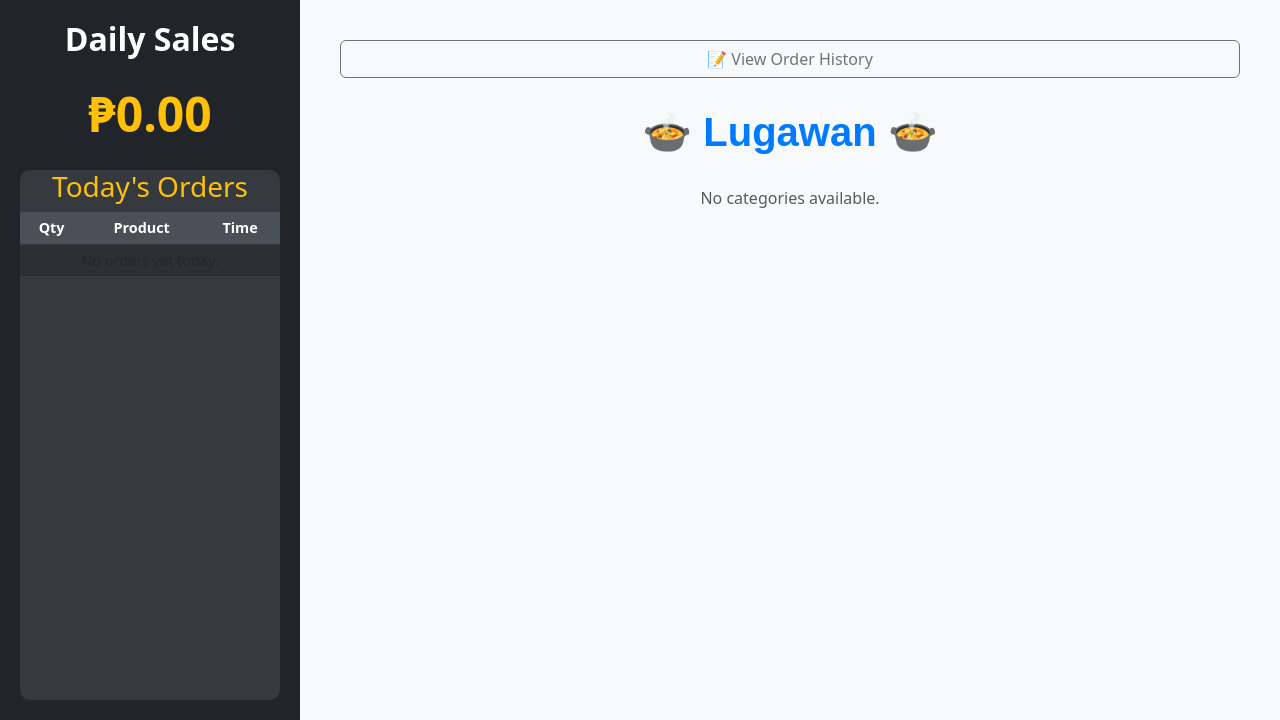
Repository: Jijiluzana225/lugawan_pitlane
Page: http://localhost/
An editor plug-in stored every save of this project. The page is shown before and after the next save, followed by the edit.
The browser window is 1280 px wide. The pictures show the whole page.
The page is served by the project's application, run on Django 5.2 (manage.py). Other server files are loaded and not shown. Queries for data that is not in the repository find no rows.

Above is the page before, as saved 2025-03-07 08:37:58.

### pos/templates/pos/catalog.html
{% extends 'pos/base.html' %}

{% block title %}Product Catalog - Lugaw Cafe{% endblock %}

{% block content %}
<div class="container mt-4">




    {% for category in categories %}
        <div class="category-section mb-4">
            <h2 class="text-secondary border-bottom pb-2">{{ category.name }}</h2>

            <div class="row g-4">
                {% for product in category.product_set.all %}
                    <div class="col-md-4 col-lg-3">
                        <div class="card h-100 shadow-sm">
                            <div class="card-body text-center">
                                <h3 class="card-title text-dark fw-bold">{{ product.name }}</h3>
                                <p class="card-text text-success fs-5">₱{{ product.price }}</p>

                                <!-- Running total ordered today -->
                                {% with total_ordered=product.total_ordered_today %}
                                    <p style="font-color:Blue">Ordered today: <strong>{{ total_ordered|default:0 }}</strong></p>
                                {% endwith %}

                                {% if product.available %}
                                <form action="{% url 'add_to_order' %}" method="post" class="d-flex flex-column align-items-center" onsubmit="disableButton(this);">
                                    {% csrf_token %}
                                    <div class="input-group mb-2" style="width: 150px;">
                                        <input type="hidden" name="product_id" value="{{ product.id }}">
                                        <input type="number" name="quantity" id="qty_{{ product.id }}" value="1" min="1" class="form-control text-center" required>
                                        <span class="input-group-text">🛒</span>
                                    </div>
                                    <button type="submit" class="btn btn-success btn-sm w-100">
                                        Add to Order
                                    </button>
                                </form>
                                {% else %}
                                    <p class="text-danger fw-bold">🚫 Out of Stock</p>
                                {% endif %}
                            </div>
                        </div>
                    </div>
                {% empty %}
                    <p class="text-muted">No products available in this category.</p>
                {% endfor %}
            </div>
        </div>
    {% empty %}
        <p class="text-muted text-center">No categories available.</p>
    {% endfor %}
</div>

<script>
    function disableButton(form) {
        const button = form.querySelector('button[type="submit"]');
        button.disabled = true;
        button.innerText = 'Adding...'; // Optional: Change text while processing
    }
</script>


{% endblock %}

### pos/templates/pos/base.html
<!DOCTYPE html>
<html lang="en">
<head>
    <meta charset="UTF-8">
    <meta name="viewport" content="width=device-width, initial-scale=1.0">
    <title>{% block title %}Lugaw Cafe POS{% endblock %}</title>

    <!-- Bootstrap CSS -->
    <link href="https://cdnjs.cloudflare.com/ajax/libs/bootstrap/5.3.0/css/bootstrap.min.css" rel="stylesheet">

    <style>
        /* General Styles */
        body {
            display: flex;
            min-height: 100vh;
            background-color: #f8f9fa;
            flex-direction: column;
        }

        /* Sidebar Styles */
        .sidebar {
            width: 100%;
            max-width: 320px;
            background: #212529;
            color: #fff;
            padding: 20px;
            display: flex;
            flex-direction: column;
        }

        .sidebar h2 {
            font-size: 2rem;
            text-align: center;
            margin-bottom: 20px;
            font-weight: bold;
        }

        .total-orders {
            font-size: 3rem;
            font-weight: bold;
            color: #ffc107;
            text-align: center;
        }

        /* Orders Table Styles */
        .orders-table {
            margin-top: 20px;
            background: #343a40;
            border-radius: 10px;
            padding: 0;
            overflow: hidden;
            display: flex;
            flex-direction: column;
            flex-grow: 1;
        }

        .scrollable-table {
            overflow-y: auto;
            flex-grow: 1;
            max-height: calc(100vh - 300px); /* Leaves room for header & total */
            margin-bottom: 20px;
        }

        .scrollable-table table {
            width: 100%;
            font-size: 0.9rem;
        }

        .scrollable-table th,
        .scrollable-table td {
            text-align: center;
            padding: 5px;
        }

        .scrollable-table thead th {
            position: sticky;
            top: 0;
            background: #495057;
            z-index: 1;
        }

        /* Main Content Styles */
        .main-content {
            flex: 1;
            padding: 20px;
        }

        nav a {
            margin-right: 15px;
            text-decoration: none;
            color: #212529;
            font-weight: bold;
        }

        .header-link {
            font-size: 2.5rem;
            font-family: 'Arial', sans-serif;
            color: #007bff;
            text-decoration: none;
            text-align: center;
            display: block;
            font-weight: bold;
        }

        /* Catalog & Product Styles */
        .catalog {
            display: flex;
            flex-wrap: wrap;
            gap: 20px;
            justify-content: center;
        }

        .product {
            border: 1px solid #ccc;
            padding: 15px;
            width: 200px;
            text-align: center;
            background-color: #ffffff;
            border-radius: 12px;
            box-shadow: 0 4px 12px rgba(0, 0, 0, 0.1);
            transition: transform 0.2s ease-in-out, box-shadow 0.2s ease-in-out;
        }

        .product:hover {
            transform: scale(1.05);
            box-shadow: 0 8px 16px rgba(0, 0, 0, 0.15);
        }

        .product h3 {
            margin: 0;
            font-size: 1.2rem;
            color: #212529;
        }

        .product p {
            margin: 5px 0;
        }

        .btn-add {
            background-color: #28a745;
            color: white;
            border: none;
            padding: 8px 12px;
            border-radius: 8px;
            transition: background-color 0.2s ease-in-out;
        }

        .btn-add:hover {
            background-color: #218838;
        }

        /* Responsive Design for Tablet Screens */
        @media (min-width: 768px) {
            body {
                flex-direction: row;
            }

            .sidebar {
                width: 300px;
            }

            .main-content {
                padding: 40px;
            }
        }
    </style>
</head>
<body>

    <!-- Sidebar with total orders and order table -->
    <div class="sidebar">
        <h2>Daily Sales</h2>
        <div class="total-orders">
            ₱{{ total_sales|default:"0.00" }}
        </div>

        <div class="orders-table">
            <h3 class="text-center text-warning">Today's Orders</h3>

            <div class="scrollable-table">
                <table class="table table-dark table-striped">
                    <thead>
                        <tr>
                            <th>Qty</th>
                            <th>Product</th>
                            <th>Time</th>
                        </tr>
                    </thead>
                    <tbody>
                        {% for order in todays_orders %}
                            <tr>
                                <td>{{ order.quantity }}</td>
                                <td>{{ order.product.name }}</td>
                                <td>{{ order.datetimestamp|time:"h:i A" }}</td>
                            </tr>
                        {% empty %}
                            <tr>
                                <td colspan="3" class="text-center text-muted">No orders yet today.</td>
                            </tr>
                        {% endfor %}
                    </tbody>
                </table>
            </div>
        </div>
    </div>

    <!-- Main Content Area -->
    <div class="main-content">
        <nav>
            <a href="{% url 'order_history' %}" class="btn btn-outline-secondary w-100 mb-4">📝 View Order History</a>
        </nav>

        <a href="{% url 'catalog' %}" class="header-link">🍲 Lugawan 🍲</a>

        {% block content %}{% endblock %}
    </div>

</body>
</html>

### pos/views.py

from django.shortcuts import render
from django.db.models import Sum, F
from django.utils.timezone import activate, localtime, now
from datetime import date
from .models import Product, OrderItem, Category

def catalog(request):
    # Set timezone to Philippines
    activate('Asia/Manila')

    # Get today's date in local timezone
    local_now = localtime(now())
    local_today = local_now.date()

    # Calculate total sales for the day from OrderItem model
    total_sales = OrderItem.objects.filter(
        datetimestamp__date=local_today
    ).annotate(
        total_price=F('product__price') * F('quantity')  # Calculate total price per item
    ).aggregate(
        total=Sum('total_price')
    )['total'] or 0

    # Fetch categories
    categories = Category.objects.prefetch_related('product_set').all()

    # Fetch today's orders, ensuring timestamps are converted to local time
    todays_orders = OrderItem.objects.filter(
        datetimestamp__date=local_today
    ).select_related('product').order_by('-datetimestamp')

    return render(request, 'pos/catalog.html', {
        'categories': categories,
        'total_sales': total_sales,
        'todays_orders': todays_orders
    })

from django.shortcuts import redirect, get_object_or_404
from django.utils.timezone import now
from .models import Product, OrderItem

def add_to_order(request):
    if request.method == 'POST':
        product_id = request.POST.get('product_id')
        quantity = int(request.POST.get('quantity', 1))  # Get quantity, default to 1 if missing
        product = get_object_or_404(Product, id=product_id)

        # Always create a new OrderItem record with the provided quantity
        OrderItem.objects.create(
            product=product,
            quantity=quantity,
            datetimestamp=now()
        )

    return redirect('catalog')


from django.shortcuts import render
from django.db.models import Sum, F
from django.utils.timezone import now
from datetime import date
from .models import Product, OrderItem

def menu(request):
    categories = Product.objects.select_related('category').all()

    # Calculate total sales for the day from OrderItem model
    today = date.today()
    total_sales = OrderItem.objects.filter(
        datetimestamp__date=today
    ).annotate(
        total_price=F('product__price') * F('quantity')  # Calculate total price per item
    ).aggregate(
        total=Sum('total_price')
    )['total'] or 0

    return render(request, 'pos/catalog.html', {
        'categories': categories,
        'total_sales': total_sales
    })

from django.shortcuts import render
from django.utils.timezone import now
from .models import OrderItem

def order_history(request):
    # Get date from request (if provided), otherwise default to today
    selected_date = request.GET.get('date', now().date())

    # Filter and order OrderItem by the selected date and newest first
    orders = OrderItem.objects.filter(datetimestamp__date=selected_date).order_by('-datetimestamp')

    # Calculate total sales amount
    total_amount = sum(order.product.price * order.quantity for order in orders)

    context = {
        'orders': orders,
        'selected_date': selected_date,
        'total_amount': total_amount,
    }
    return render(request, 'pos/order_history.html', context)


from django.shortcuts import render
from .models import Expense, OtherIncome
from django.utils.timezone import localtime, now


def expense_list(request):
    local_now = localtime(now())
    expenses = Expense.objects.all().order_by('-datetimestamp')
    return render(request, 'pos/expenses.html', {'expenses': expenses, 'current_time': local_now})


def other_income_list(request):
    local_now = localtime(now())
    other_income = OtherIncome.objects.all().order_by('-datetimestamp')
    return render(request, 'pos/other_income.html', {'other_income': other_income, 'current_time': local_now})

### lugaw_pos/urls.py
from django.contrib import admin
from django.urls import path, include

urlpatterns = [
    path('admin/', admin.site.urls),
    path('', include('pos.urls')),
]

### pos/urls.py
from django.urls import path
from . import views

urlpatterns = [
    path('menu/', views.menu, name='menu'),

    path('', views.catalog, name='catalog'),  # New catalog page
    path('add-to-order/', views.add_to_order, name='add_to_order'),  # New URL for adding to order
    path('order-history/', views.order_history, name='order_history'),
    path('expenses/', views.expense_list, name='expense_list'),
    path('other-income/', views.other_income_list, name='other_income_list'),


]

After the next save:
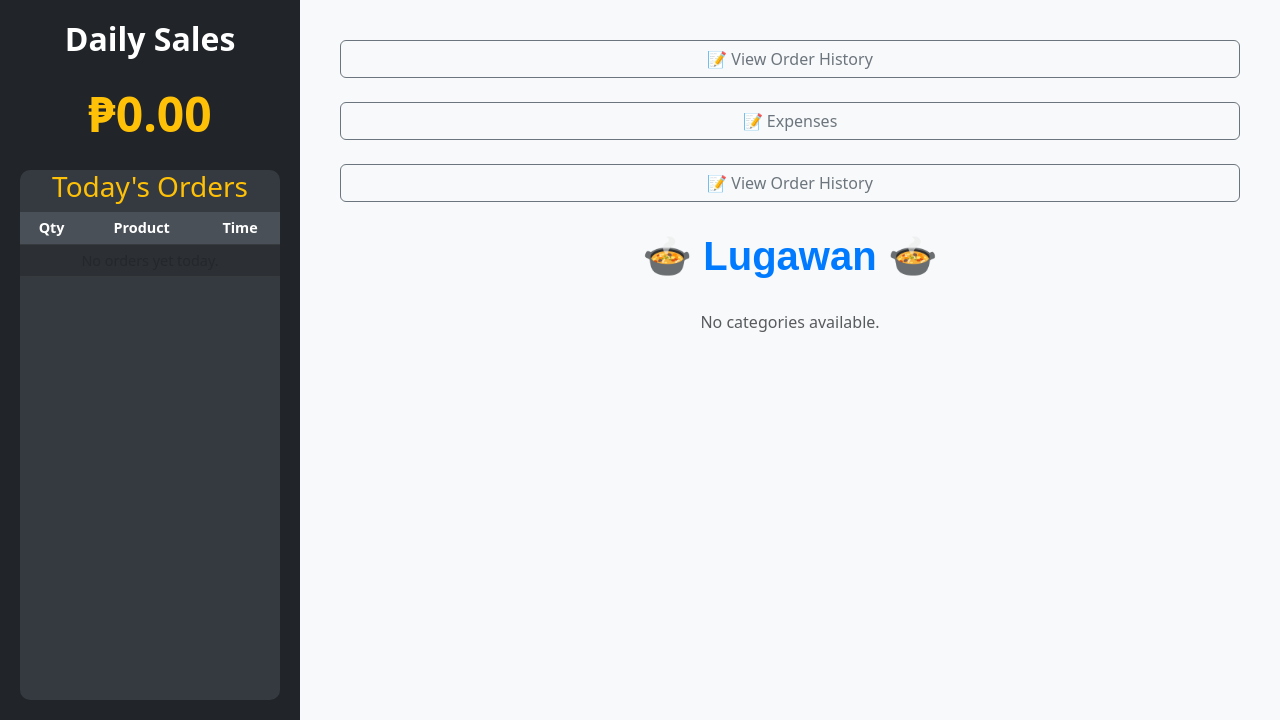
Saved 75 s later.
--- a/pos/templates/pos/base.html
+++ b/pos/templates/pos/base.html
@@ -208,6 +208,8 @@
     <div class="main-content">
         <nav>
             <a href="{% url 'order_history' %}" class="btn btn-outline-secondary w-100 mb-4">📝 View Order History</a>
+            <a href="{% url 'expense_list' %}" class="btn btn-outline-secondary w-100 mb-4">📝 Expenses</a>
+            <a href="{% url 'order_history' %}" class="btn btn-outline-secondary w-100 mb-4">📝 View Order History</a>
         </nav>
 
         <a href="{% url 'catalog' %}" class="header-link">🍲 Lugawan 🍲</a>
